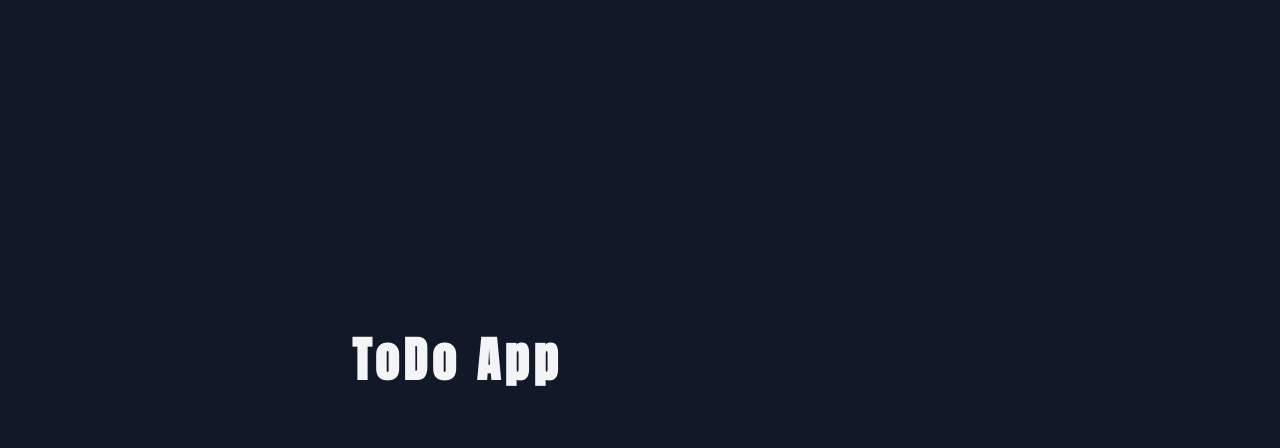
Repository: mvbri/app-todo-fullstack
Page: /
An editor plug-in stored every save of this project. The page is shown before and after the next save, followed by the edit.
The browser window is 1280 px wide. The pictures show the whole page.
The project was rebuilt for these pictures with package versions that can differ from the ones it lists, and the page was loaded fresh each time. Also part of the build but not shown: src/App.css.

Above is the page before, as saved 2023-04-09 12:25:58.

After the next save:
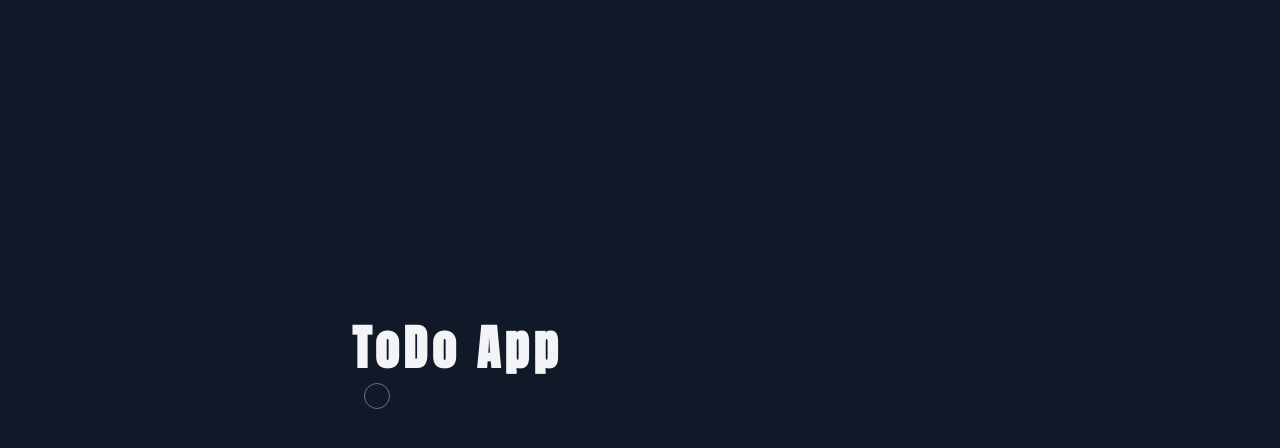
Saved 38 s later.
--- a/src/App.js
+++ b/src/App.js
@@ -1,11 +1,13 @@
 import './App.css';
 import Title from './components/Title';
+import TodoInput from './components/TodoInput';
 
 function App() {
 	return (
 		<div className='bg-gray-900 min-h-screen h-ful text-gray-100 flex items-center justify-center py-20 px-5'>
 			<div className='container flex flex-col max-w-xl'>
 				<Title />
+				<TodoInput></TodoInput>
 			</div>
 		</div>
 	);
